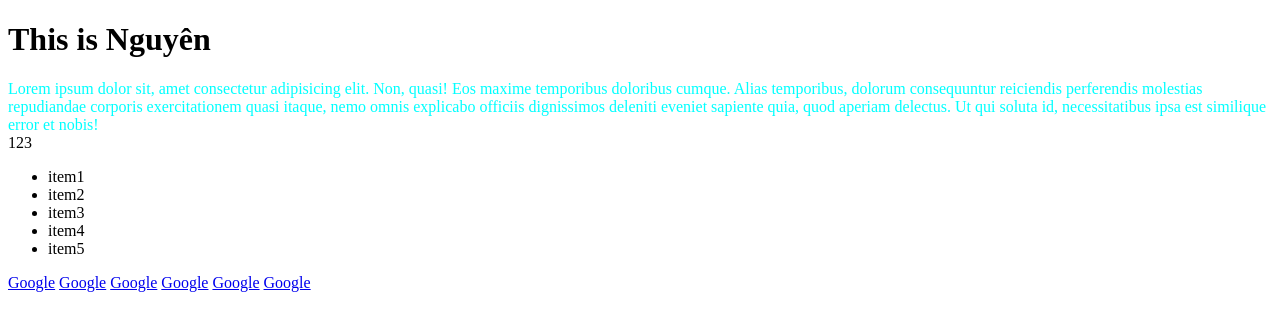
Repository: KhoiNguyen77/JS-C-Ba-n
Page: index.html
These files come from the project's save history. The page is drawn as it stood at one moment and after the next save; the edit follows.
The browser window is 1280 px wide. The pictures show the whole page.

Above is the page before, as saved 2023-03-29 17:40:09.

After the next save:
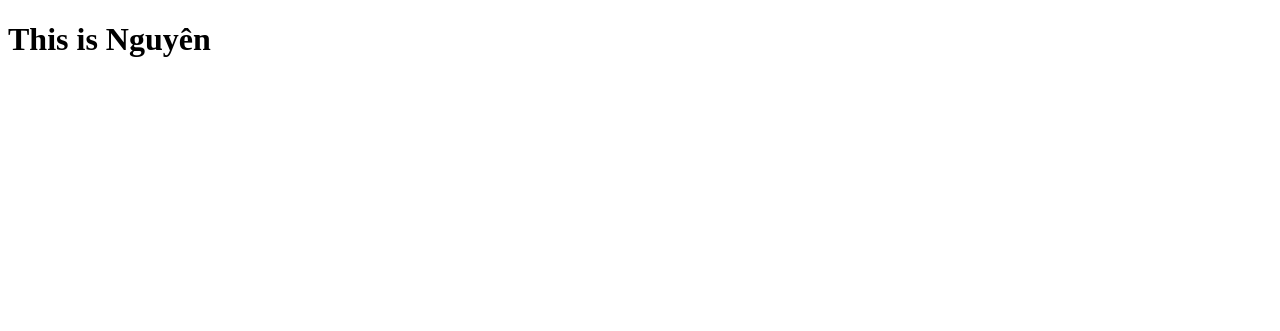
Console error: TypeError: Cannot read properties of null (reading 'getAttribute')
Saved 55 s later.
--- a/index.html
+++ b/index.html
@@ -10,7 +10,7 @@
   </head>
   <body>
     <h1>This is Nguyên</h1>
-    <div class="container a b c">
+    <!-- <div class="container a b c">
       Lorem ipsum dolor sit, amet consectetur adipisicing elit. Non, quasi! Eos
       maxime temporibus doloribus cumque. Alias temporibus, dolorum consequuntur
       reiciendis perferendis molestias repudiandae corporis exercitationem quasi
@@ -31,7 +31,7 @@
     <a href="gooogle.com.vn" class="link">Google</a>
     <a href="gooogle.com.vn" class="link">Google</a>
     <a href="gooogle.com.vn" class="link">Google</a>
-    <a href="gooogle.com.vn" class="link">Google</a>
+    <a href="gooogle.com.vn" class="link">Google</a> -->
     <style>
       .container.active {
         color: aqua;
